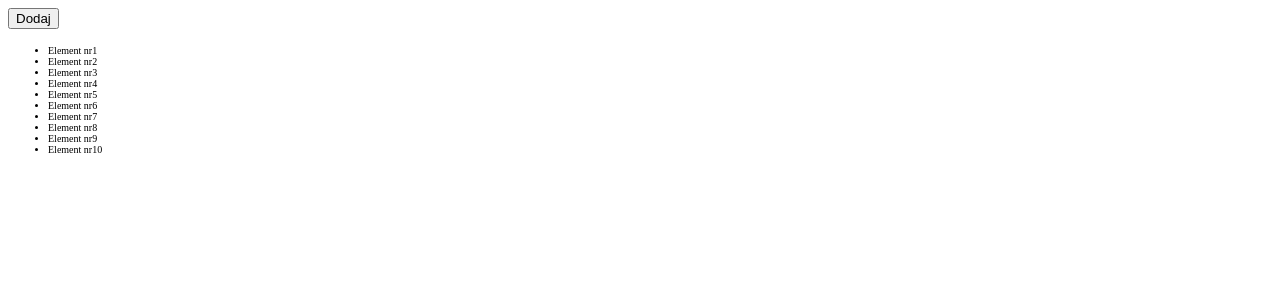
Repository: bartosz1919/Exercise-with-JS---Dynamic_-ul-
Page: index.html
An editor plug-in stored every save of this project. The page is shown before and after the next save, followed by the edit.
The browser window is 1280 px wide. The pictures show the whole page.
After loading, the first visible `button` was clicked once.

Above is the page before, as saved 2020-03-25 23:52:59.

### index.html
<!-- Projekt 3 - Zadanie 2 -
 https://websamuraj.pl/examples/js/projekt3-zad2/

- Stwórz rozwiązanie z pomocą dwóch funkcji w oparciu o strukturę w main.js Nie dodawaj nic więcej do zakresu globalnego.

- funkcja init, która będzie uruchomiona po wczytaniu strony. Jej zadaniem jest:
--- stworzyć dwa elementy
<button>Dodaj 10 elementów listy</buttn>
<ul></ul>
--- dodaj je do body
--- ustaw nasłuchiwanie na przycisk


--- funkcja createLiElements, która będzie uruchamiana po kliknięciu przycisku stworzonego przez funkcję init. Jej zadanie to:
--- tworzenie 10 elementów li i umieszczanie ich w elemencie ul
--- kazdy z 10 elementów ma mieć swój indeks (order) pczy czym kolejne 10 elementów ma być konynuacją (czilu pierwszy klik mamy 1-10, kolejny 11-20 itd)
--- każdy kolejny element il ma mieć font-size większy o 1px.

- bez zmian w pliku html (nie dodajemy html-a i css-a). Cały kod piszemy w elemencie main.js

-->
<!DOCTYPE html>
<html lang="en">

<head>
 <meta charset="UTF-8">
 <title>Projekt 3 - zadanie 2</title>


</head>

<body>

 <script src="main.js"></script>
</body>

</html>

### main.js
let size = 10;
let orderElement = 1;

const init = () => {
    const btn = document.createElement("Button");
    btn.innerText = "Dodaj";
    document.body.appendChild(btn);
    const list = document.createElement("ul");
    document.body.appendChild(list);

    btn.addEventListener(`click`, createLiElements);

}

const createLiElements = () => {
    console.log(`dupa`);

    for (let i = 0; i < 10; i++) {
        const li = document.createElement(`li`);
        li.innerText = "Element nr" + orderElement;
        const ul = document.querySelector(`ul`);
        ul.appendChild(li);
        orderElement++;
        li.style.fontSize = `${size}px`;

    }

}

init()

After the next save:
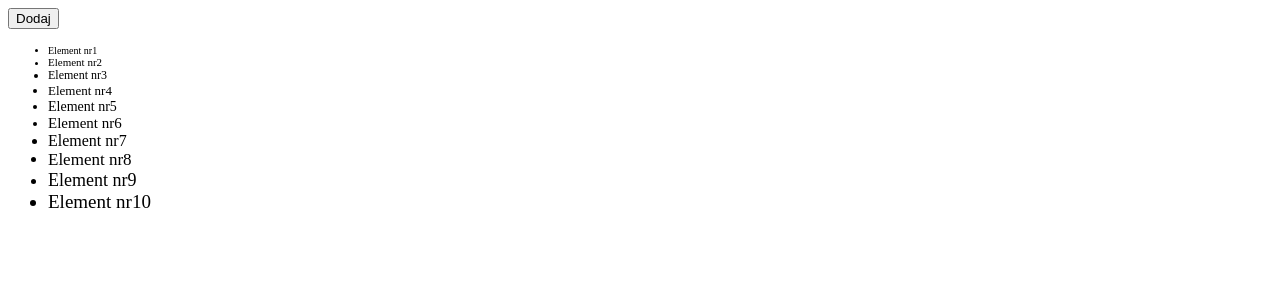
Saved 4 s later.
--- a/main.js
+++ b/main.js
@@ -21,7 +21,7 @@ const createLiElements = () => {
         const ul = document.querySelector(`ul`);
         ul.appendChild(li);
         orderElement++;
-        li.style.fontSize = `${size}px`;
+        li.style.fontSize = `${size++}px`;
 
     }
 
